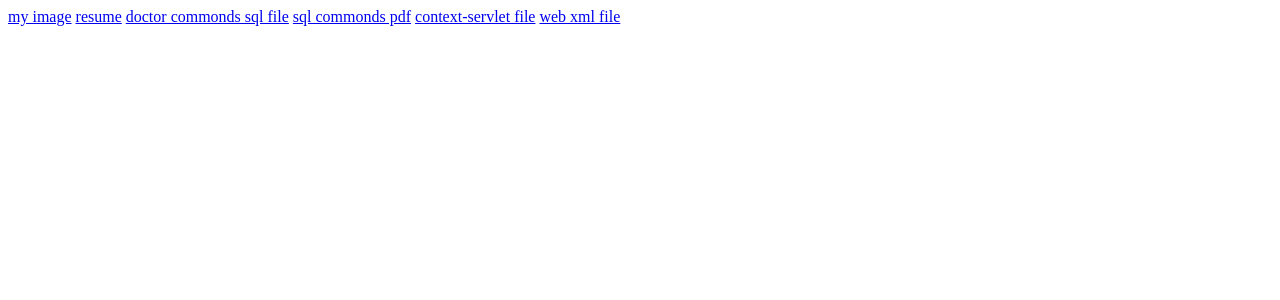
Repository: chetanmelavanki/Spring
Page: train/src/main/webapp/WEB-INF/ResourceLinks.html
An editor plug-in stored every save of this project. The page is shown before and after the next save, followed by the edit.
The browser window is 1280 px wide. The pictures show the whole page.

Above is the page before, as saved 2022-07-13 06:38:54.

After the next save:
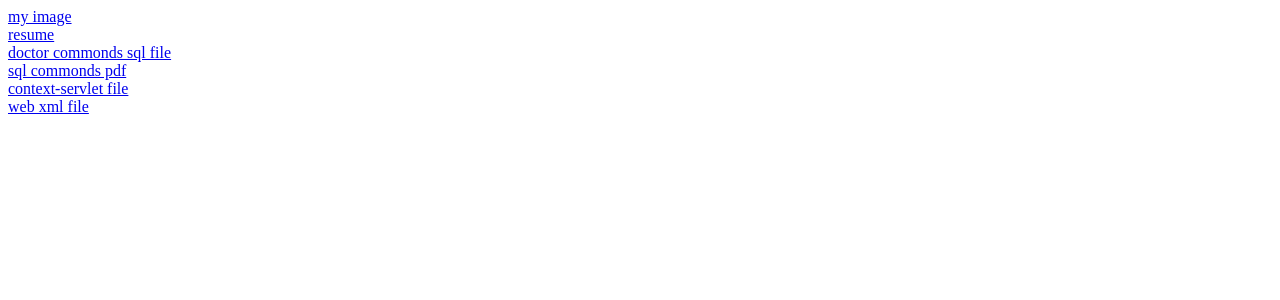
Saved 57 s later.
--- a/train/src/main/webapp/WEB-INF/ResourceLinks.html
+++ b/train/src/main/webapp/WEB-INF/ResourceLinks.html
@@ -5,11 +5,11 @@
 <title>Insert title here</title>
 </head>
 <body>
-<a href="http://localhost:8080/train/getJPGresourse" target="_blank">my image</a>
-<a href="http://localhost:8080/train/getPDFResource" target="_blank">resume</a>
-<a href="http://localhost:8080/train/getSQLresource" target="_blank">doctor commonds sql file</a>
-<a href="http://localhost:8080/train/getPDF1Resource" target="_blank">sql commonds pdf</a>
-<a href="http://localhost:8080/train/getXMLresource" target="_blank">context-servlet file</a>
+<a href="http://localhost:8080/train/getJPGresourse" target="_blank">my image</a><br>
+<a href="http://localhost:8080/train/getPDFResource" target="_blank">resume</a><br>
+<a href="http://localhost:8080/train/getSQLresource" target="_blank">doctor commonds sql file</a><br>
+<a href="http://localhost:8080/train/getPDF1Resource" target="_blank">sql commonds pdf</a><br>
+<a href="http://localhost:8080/train/getXMLresource" target="_blank">context-servlet file</a><br>
 <a href="http://localhost:8080/train/etXML1resource" target="_blank">web xml file</a>
 </body>
 </html>
